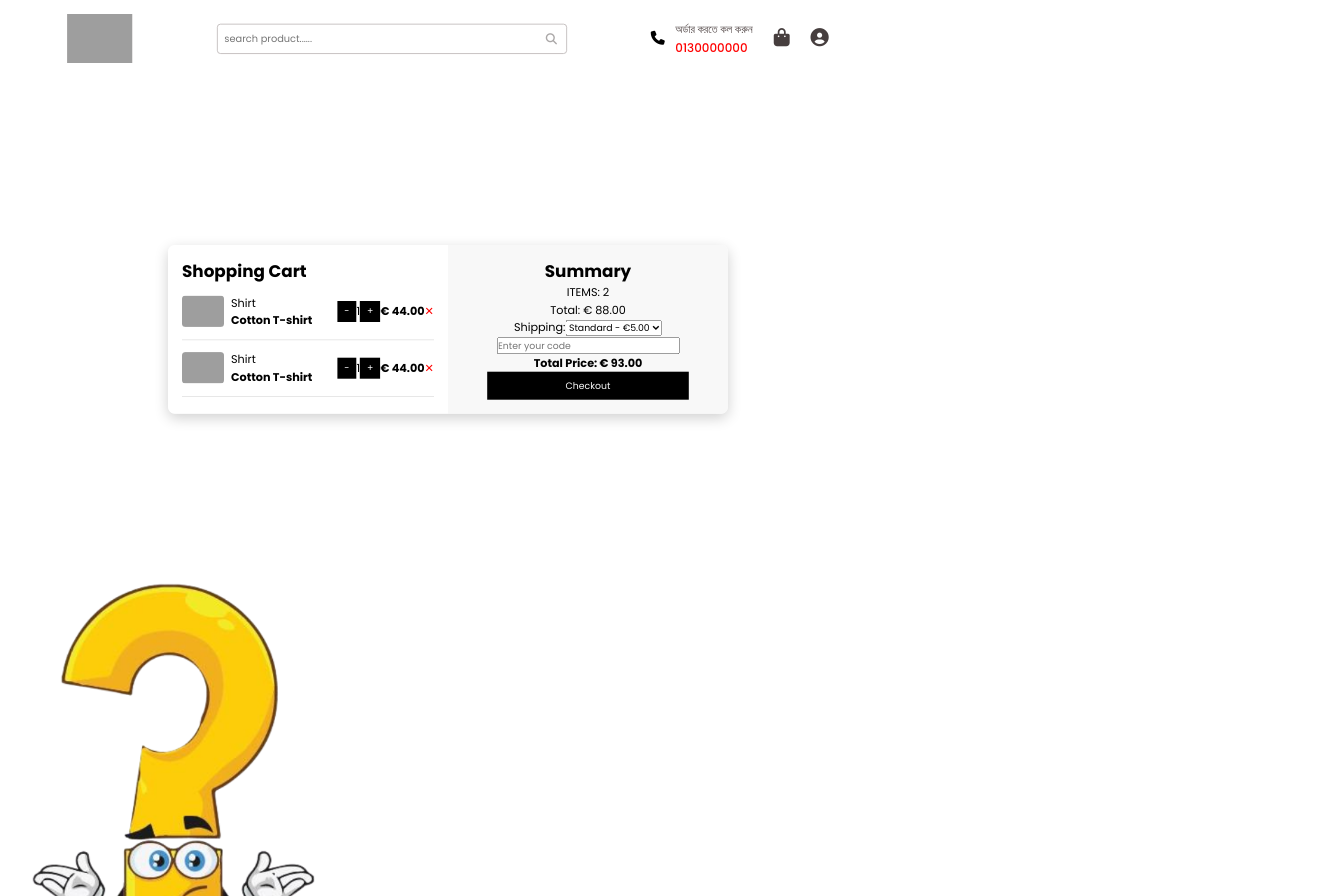
Repository: saifscripts/accessories-mart
Page: /cart
These files come from the project's save history. The page is drawn as it stood at one moment and after the next save; the edit follows.
The browser window is 1280 px wide. The page is 3000 px wide, so the pictures cover 1920 px, including what lies to the right of the window. The pictures show the part of the page from y = 0 to 1280 px (the page is 7972 px tall), at 70% of full size.
Pictures or frames that could not be fetched are drawn as grey boxes. The page's requests for data from a server got no answer. The project was rebuilt for these pictures with package versions that can differ from the ones it lists, and the page was loaded fresh each time. No one was signed in, and anything a server would have sent is missing. Also part of the build but not shown: vite.config.js, src/App.jsx, src/components/Hero.jsx, src/components/Products.jsx, src/components/Loader.jsx, src/components/ProductSection.jsx, src/components/ProductsByClass.jsx, src/pages/Home.jsx and 2 more. Imported but missing from the stored project, and not drawn on this page: src/context/CartContext.

Above is the page before, as saved 2025-03-17 01:51:10.

After the next save:
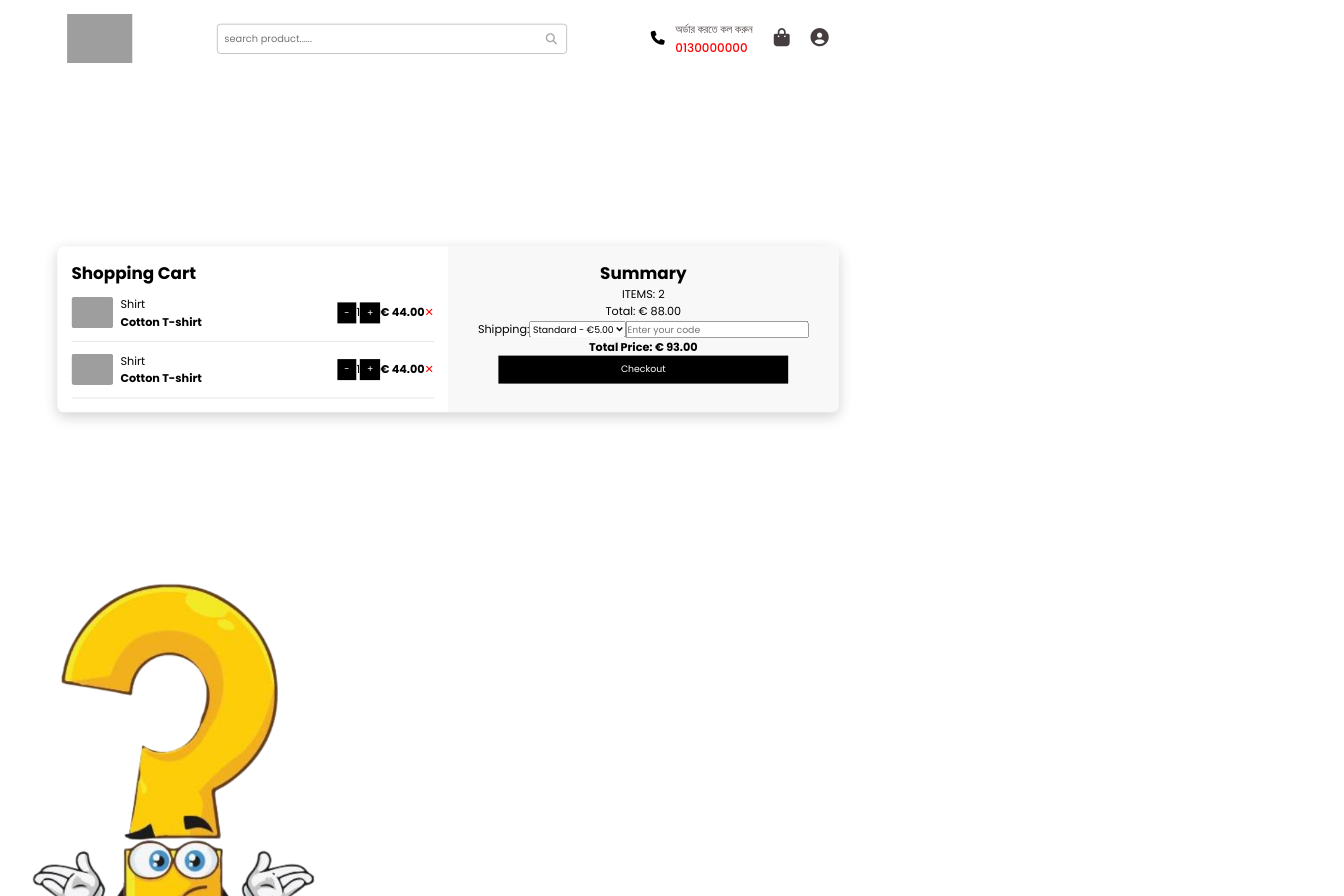
Saved 28 s later.
--- a/src/index.css
+++ b/src/index.css
@@ -1028,7 +1028,6 @@ header {
 .container {
   display: flex;
   width: 90%;
-  max-width: 800px;
   background: white;
   box-shadow: 0 6px 20px rgba(0, 0, 0, 0.19);
   border-radius: 10px;
